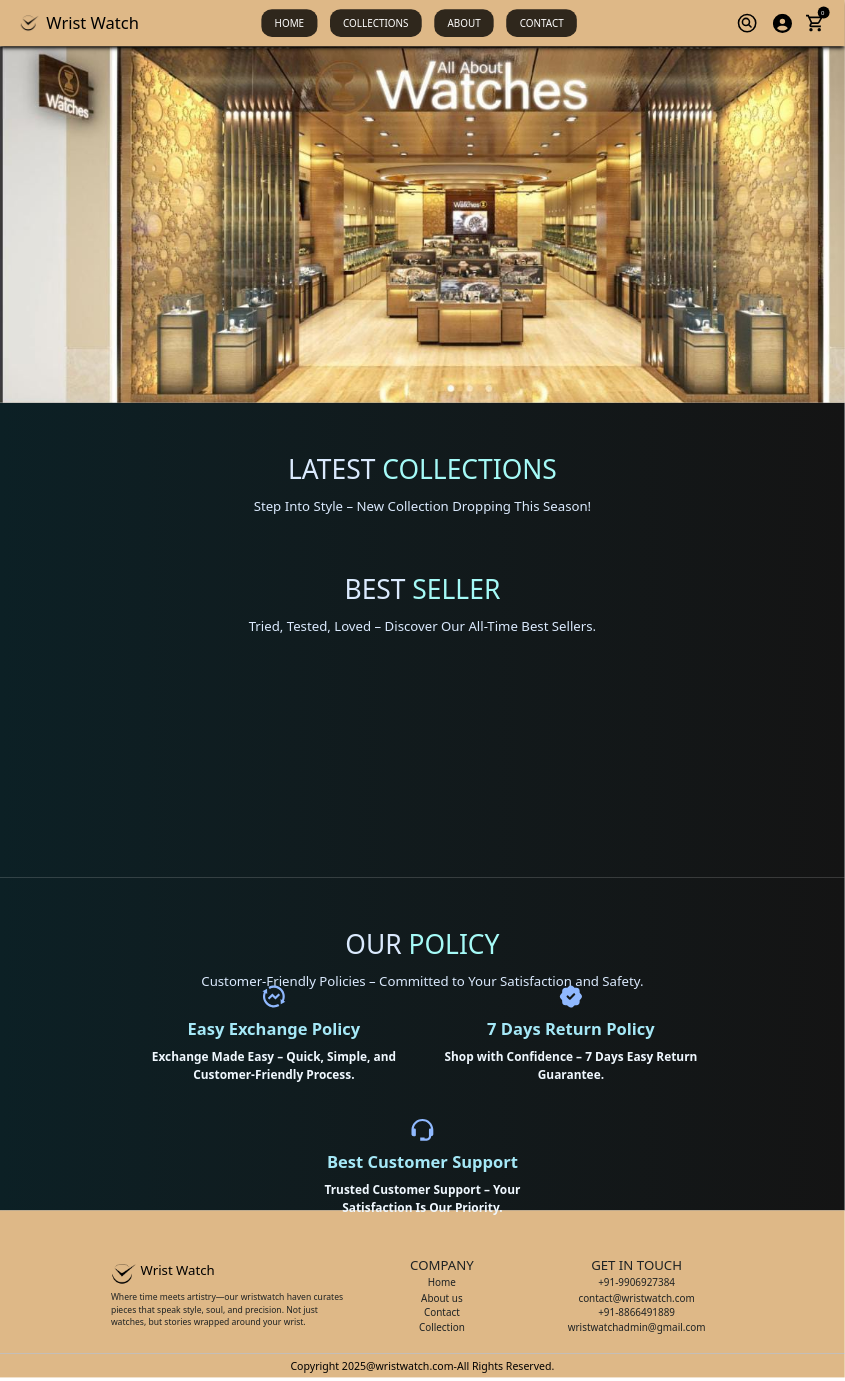
Repository: mansibhanushali/online_watch_ecommerce_mernstack_webapplication
Page: / (app in frontend/)
The author's editor kept a copy of each file at every save. The page is drawn from the files as they stood at one save, then again after the next save.
The browser window is 1280 px wide. The pictures show the whole page, at 66% of full size.
The page's requests for data from a server got no answer. The project was rebuilt for these pictures with package versions that can differ from the ones it lists, and the page was loaded fresh each time. No one was signed in, and anything a server would have sent is missing. Also part of the build but not shown: frontend/vite.config.js, frontend/src/component/Loading.jsx, frontend/src/pages/Registration.jsx, frontend/src/component/Card.jsx, frontend/src/pages/Login.jsx, frontend/src/pages/About.jsx, frontend/src/pages/Collections.jsx, frontend/src/pages/Contact.jsx and 6 more.

Above is the page before, as saved 2025-08-15 22:30:51.

### frontend/index.html
<!doctype html>
<html lang="en">
  <head>
    <meta charset="UTF-8" />
    <link rel="icon" type="image/svg+xml" href="\logo1.png" />
    <meta name="viewport" content="width=device-width, initial-scale=1.0" />
    <title>Wristwatch</title>
  </head>
  <body>
    <div id="root"></div>
    <script type="module" src="/src/main.jsx"></script>
  </body>
</html>

### frontend/src/main.jsx
// src/main.jsx
import React from 'react';
import { createRoot } from 'react-dom/client';
import { BrowserRouter } from 'react-router-dom';
import './index.css';

import App from './App.jsx';
import AuthContext from './context/authContext.jsx';
import UserContextProvider from './context/UserContext.jsx';
import ShopContext from './context/ShopContext.jsx';

createRoot(document.getElementById('root')).render(
  <React.StrictMode>
    <BrowserRouter>
      <AuthContext>
        <UserContextProvider>
          <ShopContext>
            <App />
          </ShopContext>
        </UserContextProvider>
      </AuthContext>
    </BrowserRouter>
  </React.StrictMode>
);

### frontend/src/index.css
@import "tailwindcss";

body {
  @apply bg-white min-h-screen;
}

### frontend/src/App.jsx
import React, { useContext } from 'react';
import { Navigate, Route, Routes, useLocation } from 'react-router-dom';
import Registration from './pages/Registration';
import Home from './pages/Home';
import Login from './pages/Login';
import Nav from './component/Nav';
import { userDataContext } from './context/UserContext';
import About from './pages/About';
import Collections from './pages/Collections';
import Product from './pages/Product';
import Contact from './pages/Contact';
import ProductDetail from './pages/ProductDetail';
import Cart from './pages/Cart';
import PlaceOrder from './pages/PlaceOrder';
import Order from './pages/Order';
import { ToastContainer } from 'react-toastify';
import NotFound from './pages/NotFound';

function App() {
  const { userData } = useContext(userDataContext);
  const location = useLocation();

  // Protected route wrapper
  const ProtectedRoute = (Component) => {
    return userData ? (
      Component
    ) : (
      <Navigate to="/login" state={{ from: location.pathname }} />
    );
  };

  return (
    <>
      <ToastContainer />
      <Nav />
      <Routes>
        {/* Public Routes */}
        <Route path="/" element={<Home />} />
        <Route path="/about" element={<About />} />
        <Route path="/collection" element={<Collections />} />
        <Route path="/collection/:category" element={<Collections />} />
        <Route path="/product" element={<Product />} />
        <Route path="/contact" element={<Contact />} />

        {/* Auth Routes */}
        <Route
          path="/login"
          element={
            userData ? (
              <Navigate to={location.state?.from || '/'} />
            ) : (
              <Login />
            )
          }
        />
        <Route
          path="/signup"
          element={
            userData ? (
              <Navigate to={location.state?.from || '/'} />
            ) : (
              <Registration />
            )
          }
        />

        {/* Protected Routes */}
        <Route
          path="/productdetail/:productId"
          element={ProtectedRoute(<ProductDetail />)}
        />
        <Route path="/cart" element={ProtectedRoute(<Cart />)} />
        <Route path="/placeorder" element={ProtectedRoute(<PlaceOrder />)} />
        <Route path="/order" element={ProtectedRoute(<Order />)} />

        {/* 404 Fallback */}
        <Route path="*" element={<NotFound />} />
      </Routes>
    </>
  );
}

export default App;

### frontend/src/context/AuthContext.jsx
// src/context/AuthContext.jsx
import React, { createContext, useReducer, useEffect } from "react";
import axios from "axios";

const initialState = {
  user: null,
  token: null,
  isAuthenticated: false,
};

function reducer(state, action) {
  switch (action.type) {
    case "LOGIN":
      return {
        ...state,
        user: action.payload.user,
        token: action.payload.token,
        isAuthenticated: true,
      };
    case "LOGOUT":
      return initialState;
    default:
      return state;
  }
}

export const authDataContext = createContext();

function AuthContext({ children }) {
  const serverUrl = "http://localhost:8000";

  const [state, dispatch] = useReducer(reducer, initialState, () => {
    const token = localStorage.getItem("token");
    const user = localStorage.getItem("user");
    return token && user
      ? { token, user: JSON.parse(user), isAuthenticated: true }
      : initialState;
  });

  // axios defaults setup (runs whenever token changes)
  useEffect(() => {
    axios.defaults.baseURL = serverUrl;
    axios.defaults.withCredentials = true;

    if (state.token) {
      axios.defaults.headers.common["Authorization"] = `Bearer ${state.token}`;
      localStorage.setItem("token", state.token);
      localStorage.setItem("user", JSON.stringify(state.user));
    } else {
      delete axios.defaults.headers.common["Authorization"];
      localStorage.removeItem("token");
      localStorage.removeItem("user");
    }
  }, [state.token, state.user]);

  // Fetch current user from backend
  const fetchCurrentUser = async (token) => {
    try {
      const res = await axios.get("/api/user/getcurrentuser", {
        headers: { Authorization: `Bearer ${token}` }
      });
      return res.data;
    } catch (err) {
      console.error("Fetch current user error:", err.response?.data || err.message);
      return null;
    }
  };

  // Login and fetch user
  const login = async ({ token }) => {
    const user = await fetchCurrentUser(token);
    if (user) {
      dispatch({ type: "LOGIN", payload: { token, user } });
    }
  };

  const logout = () => dispatch({ type: "LOGOUT" });

  // Auto login when page refreshes
  useEffect(() => {
    const autoLogin = async () => {
      if (state.token && !state.user) {
        const user = await fetchCurrentUser(state.token);
        if (user) {
          dispatch({ type: "LOGIN", payload: { token: state.token, user } });
        }
      }
    };
    autoLogin();
  }, []);

  return (
    <authDataContext.Provider value={{ serverUrl, ...state, login, logout }}>
      {children}
    </authDataContext.Provider>
  );
}

export default AuthContext;

### frontend/src/context/UserContext.jsx
// src/context/UserContext.jsx
import React, { createContext, useContext, useEffect, useState } from 'react';
import { authDataContext } from './AuthContext';
import axios from 'axios';

export const userDataContext = createContext();

function UserContextProvider({ children }) {
  const [userData, setUserData] = useState(null);
  const { serverUrl } = useContext(authDataContext);

  const getCurrentUser = async () => {
    try {
      // ✅ Cookie-based request
      const result = await axios.get(`${serverUrl}/api/user/getcurrentuser`, {
        withCredentials: true, // Cookie automatically send होगी
      });

      if (result.data?.success) {
        setUserData(result.data.user);
      } else {
        setUserData(null);
      }
    } catch (error) {
      setUserData(null);
      console.error("getCurrentUser error:", error);
    }
  };

  // 🔹 Page load pe call
  useEffect(() => {
    getCurrentUser();
  }, []);

  return (
    <userDataContext.Provider value={{ userData, setUserData, getCurrentUser }}>
      {children}
    </userDataContext.Provider>
  );
}

export default UserContextProvider;

### frontend/src/context/ShopContext.jsx
import React, { createContext, useContext, useEffect, useState, useCallback } from 'react';
import { authDataContext } from './authContext';
import { userDataContext } from './UserContext';
import axios from 'axios';
import { toast } from 'react-toastify';

export const shopDataContext = createContext();

function ShopContextProvider({ children }) {
  const [products, setProducts] = useState([]);
  const [search, setSearch] = useState('');
  const { userData } = useContext(userDataContext);
  const [showSearch, setShowSearch] = useState(false);
  const { serverUrl } = useContext(authDataContext);
  const [cartItem, setCartItem] = useState({});
  const [loading, setLoading] = useState(false);
  const [token, setToken] = useState(localStorage.getItem("token") || "");

  const currency = '₹';
  const delivery_fee = 40;

  // token sync
  useEffect(() => {
    const savedToken = localStorage.getItem("token");
    if (savedToken) {
      setToken(savedToken);
    }
  }, []);

  // ✅ Get products
  const getProducts = useCallback(async () => {
    if (!serverUrl) return;
    try {
      const result = await axios.get(`${serverUrl}/api/product/list`);
      setProducts(result.data);
    } catch (error) {
      console.error("Get Products Error:", error);
    }
  }, [serverUrl]);

  // ✅ Add to cart
  const addtoCart = async (itemId) => {
    let cartData = structuredClone(cartItem);
    cartData[itemId] = (cartData[itemId] || 0) + 1;
    setCartItem(cartData);

    if (userData && token) {
      setLoading(true);
      try {
        await axios.post(
          `${serverUrl}/api/cart/add`,
          { itemId },
          {
            headers: { Authorization: `Bearer ${token}` },
            withCredentials: true
          }
        );
      } catch (error) {
        console.error(error);
        toast.error("Add Cart Error");
      } finally {
        setLoading(false);
      }
    }
  };

  // ✅ Get user cart
  const getUserCart = useCallback(async () => {
    if (!token || !serverUrl) return;
    try {
      const result = await axios.post(
        `${serverUrl}/api/cart/get`,
        {},
        {
          headers: { Authorization: `Bearer ${token}` },
          withCredentials: true
        }
      );
      setCartItem(result.data || {});
    } catch (error) {
      console.error("Get User Cart Error:", error);
    }
  }, [serverUrl, token]);

  // ✅ Update cart item quantity
  const updateQuantity = async (itemId, quantity) => {
    let cartData = structuredClone(cartItem);
    cartData[itemId] = quantity;
    setCartItem(cartData);

    if (userData && token) {
      try {
        await axios.post(
          `${serverUrl}/api/cart/update`,
          { itemId, quantity },
          {
            headers: { Authorization: `Bearer ${token}` },
            withCredentials: true
          }
        );
      } catch (error) {
        console.error(error);
      }
    }
  };

  // ✅ Total cart items count
  const getCartCount = () => {
    return Object.values(cartItem).reduce((acc, qty) => acc + qty, 0);
  };

  // ✅ Total cart amount
  const getCartAmount = () => {
    let totalAmount = 0;
    for (const itemId in cartItem) {
      let itemInfo = products.find((product) => product._id === itemId);
      if (itemInfo && cartItem[itemId] > 0) {
        totalAmount += itemInfo.price * cartItem[itemId];
      }
    }
    return totalAmount;
  };

  // Fetch products and cart
  useEffect(() => {
    getProducts();
  }, [getProducts]);

  useEffect(() => {
    getUserCart();
  }, [getUserCart]);

  let value = {
    products,
    currency,
    delivery_fee,
    getProducts,
    search,
    setSearch,
    showSearch,
    setShowSearch,
    cartItem,
    addtoCart,
    getCartCount,
    setCartItem,
    updateQuantity,
    getCartAmount,
    loading,
    serverUrl,
    setToken,
    token
  };

  return (
    <shopDataContext.Provider value={value}>
      {children}
    </shopDataContext.Provider>
  );
}

export default ShopContextProvider;

### frontend/src/pages/Home.jsx
import React, { useState, useEffect } from 'react'
import Backgound from '../component/Backgound'
import Product from './Product'
import OurPolicy from '../component/OurPolicy'
import Footer from '../component/Footer'

function Home() {
  let [heroCount, setHeroCount] = useState(0)

  useEffect(() => {
    let interval = setInterval(() => {
      setHeroCount(prevCount => (prevCount === 3 ? 0 : prevCount + 1))
    }, 3000)
    return () => clearInterval(interval)
  }, [])

  return (
    <div className="overflow-x-hidden relative top-[70px]">
      <div className="w-[110vw] lg:h-[50vh] md:h-[50vh] sm:h-[30vh] bg-gradient-to-l from-[burlwood] to-[burlywood]">
        <Backgound heroCount={heroCount} />
      </div>
      <Product />
      <OurPolicy />
      <Footer />
    </div>
  )
}

export default Home

### frontend/src/pages/Product.jsx
import React from 'react'
import LatestCollection from '../component/LatestCollection'
import BestSeller from '../component/BestSeller'

function Product() {
  return (
    <div className='w-[100vw] min-h-[100vh] bg-gradient-to-l from-[#141414] to-[#0c2025] flex items-center justify-start flex-col py-[20px]'>

        <div className='w-[100%] min-h-[70px] flex items-center justify-center gap-[10px]  flex-col '>
            <LatestCollection/>
        </div>
        <div className='w-[100%] min-h-[70px] flex items-center justify-center gap-[10px]  flex-col '>
            <BestSeller/>
        </div>

    </div>
  )
}

export default Product

### frontend/src/component/Backgound.jsx
import React from 'react'
import back1 from "../assets/back1.jpg"

function Background() {
  return (
    <img
      src={back1}
      alt="background"
      className="w-[100%] h-[150%] float-left overflow-auto object-cover"
    />
  )
}

export default Background

### frontend/src/component/OurPolicy.jsx
import React from 'react'
import Title from './Title'
import { RiExchangeFundsLine } from "react-icons/ri";
import { TbRosetteDiscountCheckFilled } from "react-icons/tb";
import { BiSupport } from "react-icons/bi";

function OurPolicy() {
  return (
    <div className='w-[100vw] h-[100vh] md:h-[70vh] flex items-center justify-start flex-col  bg-gradient-to-l from-[#141414] to-[#0c2025] gap-[50px] '>
        <div className='h-[8%] w-[100%] text-center mt-[70px] '>
            <Title text1={"OUR"} text2={"POLICY"}/>
            <p className='w-[100%] m-auto text-[13px] md:text-[20px] px-[10px] text-blue-100 '>Customer-Friendly Policies – Committed to Your Satisfaction and Safety.</p>
        </div>
      <div className='w-[100%] md:min-h-[50%] h-[20%] flex items-center justify-center flex-wrap lg:gap-[50px] gap-[80px]'>
        <div className='w-[400px] max-w-[90%] h-[60%] flex items-center justify-center flex-col gap-[10px] '>
        <RiExchangeFundsLine  className='md:w-[60px] w-[30px] h-[30px] md:h-[60px] text-[#90b9ff]'/>
        <p className='font-semibold md:text-[25px] text-[19px] text-[#a5e8f7]'>Easy Exchange Policy</p>
        <p className='font-semibold md:text-[18px] text-[12px] text-[aliceblue] text-center'>Exchange Made Easy – Quick, Simple, and Customer-Friendly Process.</p>

        </div>
        <div className='w-[400px] max-w-[90%] h-[60%] flex items-center justify-center flex-col gap-[10px] '>
        <TbRosetteDiscountCheckFilled  className='md:w-[60px] w-[30px] h-[30px] md:h-[60px] text-[#90b9ff]'/>
        <p className='font-semibold md:text-[25px] text-[19px] text-[#a5e8f7]'>7 Days Return Policy</p>
        <p className='font-semibold md:text-[18px] text-[12px] text-[aliceblue] text-center'>Shop with Confidence – 7 Days Easy Return Guarantee.</p>

        </div>
        <div className='w-[400px] max-w-[90%] h-[60%] flex items-center justify-center flex-col gap-[10px] '>
        <BiSupport  className='md:w-[60px] w-[30px] h-[30px] md:h-[60px] text-[#90b9ff]'/>
        <p className='font-semibold md:text-[25px] text-[19px] text-[#a5e8f7]'>Best Customer Support</p>
        <p className='font-semibold md:text-[18px] text-[12px] text-[aliceblue] text-center'>Trusted Customer Support – Your Satisfaction Is Our Priority.</p>

        </div>
      </div>
    </div>
  )
}

export default OurPolicy

### frontend/src/component/Footer.jsx
import React from 'react'
import logo from "../assets/logo.png"
function Footer() {
  return (
    <div className='w-[100%] md:h-[36vh] h-[21vh] mb-[77px] md:mb-[0px]'>
        <div className='w-[100%] md:h-[30vh] h-[15vh]  md:mb-[0px] bg-[burlywood] flex items-center justify-center md:px-[50px] px-[5px]'>
            <div className='md:w-[30%] w-[35%] h-[100%] flex items-start justify-center flex-col gap-[5px]  '>
                <div className='flex items-start justify-start gap-[5px] mt-[10px] md:mt-[40px]'>
                    <img src={logo} alt=""  className='md:w-[40px] md:h-[40px] w-[30px] h-[30px]'/>
                    <p className='text-[19px] md:text-[20px] text-[black] '>Wrist Watch</p>

                </div>
                <p className='text-[13px] text-[#1e2223] hidden md:block'>Where time meets artistry—our wristwatch haven curates pieces that speak style, soul, and precision. Not just watches, but stories wrapped around your wrist.</p>
                    <p className='text-[15px] text-[#1e2223] flex md:hidden'>Fast Easy Reliable</p>


            </div>
            <div className='md:w-[25%] w-[30%] h-[100%] flex items-center justify-center flex-col text-center'>
                    <div className='flex items-center justify-center gap-[5px] mt-[10px] md:mt-[40px]'>
                        <p className='text-[19px] md:text-[20px] text-[#1e2223] font-sans '>COMPANY</p>

                    </div>
                    <ul>
                         <li className='text-[15px] text-[#1e2223] hidden md:block cursor-pointer'>Home</li>
                        <li className='text-[15px] text-[#1e2223] cursor-pointer '>About us</li>
                        <li className='text-[15px] text-[#1e2223] cursor-pointer '>Contact</li>
                        <li className='text-[15px] text-[#1e2223] cursor-pointer '>Collection</li>
                    </ul>
                </div>

                <div className='md:w-[25%] w-[40%]  h-[100%] flex items-center justify-center flex-col text-center '>
                     <div className='flex items-center justify-center gap-[5px] mt-[10px] md:mt-[40px]'>
                        <p className='text-[19px] md:text-[20px] text-[#1e2223] font-sans '>GET IN TOUCH</p>

                    </div>
                     <ul>
                         <li className='text-[15px] text-[#1e2223] '>+91-9906927384</li>
                        <li className='text-[15px] text-[#1e2223] '>contact@wristwatch.com</li>
                        <li className='text-[15px] text-[#1e2223] hidden md:block'>+91-8866491889</li>
                        <li className='text-[15px] text-[#1e2223] hidden md:block'>wristwatchadmin@gmail.com</li>
                    </ul>
                </div>

        </div>
        <div className='w-[100%] h-[1px] bg-slate-400'></div>
        <div className='w-[100%] h-[5vh] bg-[burlywood] flex items-center justify-center'>Copyright 2025@wristwatch.com-All Rights Reserved.</div>

    </div>
  )
}

export default Footer

### frontend/src/component/LatestCollection.jsx
import React, { useContext, useEffect, useState } from 'react'
import Title from './Title'
import { shopDataContext } from '../context/ShopContext'
import Card from './Card'

function LatestCollection() {
    let {products} = useContext(shopDataContext)
    let [latestProducts,setLatestProducts] = useState([])

    useEffect(()=>{
    setLatestProducts(products.slice(0,8));
    },[products])

  return (
    <div>
      <div className='h-[8%] w-[100%] text-center md:mt-[50px]  '>
        <Title text1={"LATEST"} text2={"COLLECTIONS"}/>
        <p className='w-[100%] m-auto text-[13px] md:text-[20px] px-[10px] text-blue-100 '>Step Into Style – New Collection Dropping This Season!</p>
      </div>
      <div className='w-[100%] h-[50%] mt-[30px] flex items-center justify-center flex-wrap gap-[50px]'>
        {
            latestProducts.map((item,index)=>(
                <Card key={index} name={item.name} image={item.image} id={item._id} price={item.price}/>
            ))
        }

        </div>
    </div>
  )
}

export default LatestCollection

### frontend/src/component/BestSeller.jsx
import React, { useContext, useEffect, useState } from 'react';
import Title from './Title';
import { shopDataContext } from '../context/ShopContext';
import Card from './Card';

function BestSeller() {
  let { products, serverUrl } = useContext(shopDataContext);
  let [bestSeller, setBestSeller] = useState([]);

  useEffect(() => {
    let filterProduct = products.filter((item) => item.bestseller);
    setBestSeller(filterProduct.slice(0, 4));
  }, [products]);

  // Function to build correct image URL
  const getImageUrl = (img) => {
    if (!img) return "https://via.placeholder.com/300x300?text=No+Image"; // fallback
    return img.startsWith("http") ? img : `${serverUrl}/uploads/${img}`;
  };

  return (
    <div>
      <div className="h-[8%] w-[100%] text-center mt-[50px]">
        <Title text1={"BEST"} text2={"SELLER"} />
        <p className="w-[100%] m-auto text-[13px] md:text-[20px] px-[10px] text-blue-100">
          Tried, Tested, Loved – Discover Our All-Time Best Sellers.
        </p>
      </div>

      <div className="w-[100%] h-[50%] mt-[30px] flex items-center justify-center flex-wrap gap-[50px]">
        {bestSeller.map((item, index) => (
          <Card
            key={index}
            name={item.name}
            id={item._id}
            price={item.price}
            image={getImageUrl(item.image)}
          />
        ))}
      </div>
    </div>
  );
}

export default BestSeller;

Loaded but not shown: frontend/src/component/Title.jsx (common file); frontend/src/component/Nav.jsx (137 lines, source omitted)

After the next save:
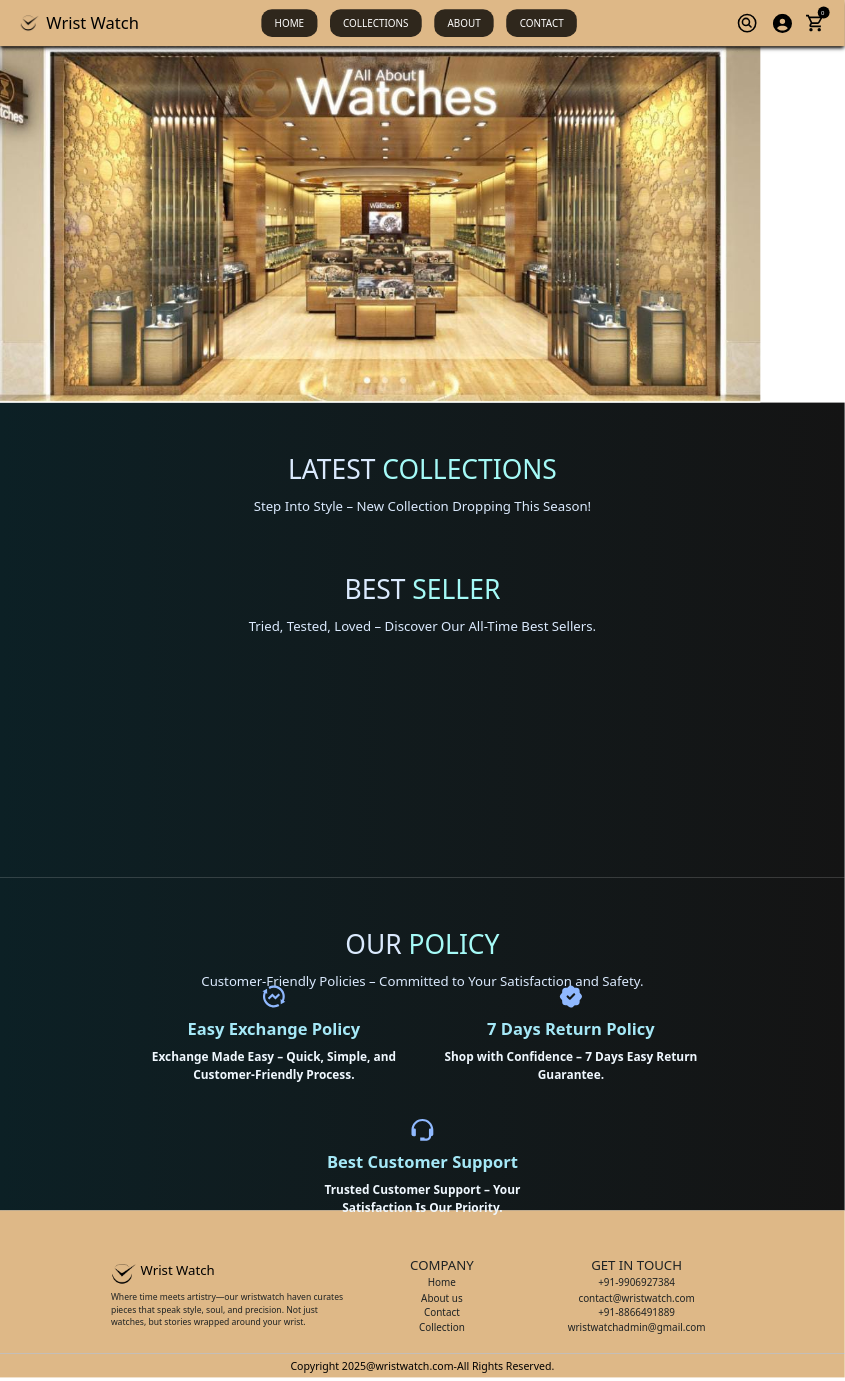
Saved 5 s later.
--- a/frontend/src/pages/Home.jsx
+++ b/frontend/src/pages/Home.jsx
@@ -16,7 +16,7 @@ function Home() {
 
   return (
     <div className="overflow-x-hidden relative top-[70px]">
-      <div className="w-[110vw] lg:h-[50vh] md:h-[50vh] sm:h-[30vh] bg-gradient-to-l from-[burlwood] to-[burlywood]">
+      <div className="w-[90vw] lg:h-[50vh] md:h-[50vh] sm:h-[30vh] bg-gradient-to-l from-[burlwood] to-[burlywood]">
         <Backgound heroCount={heroCount} />
       </div>
       <Product />
